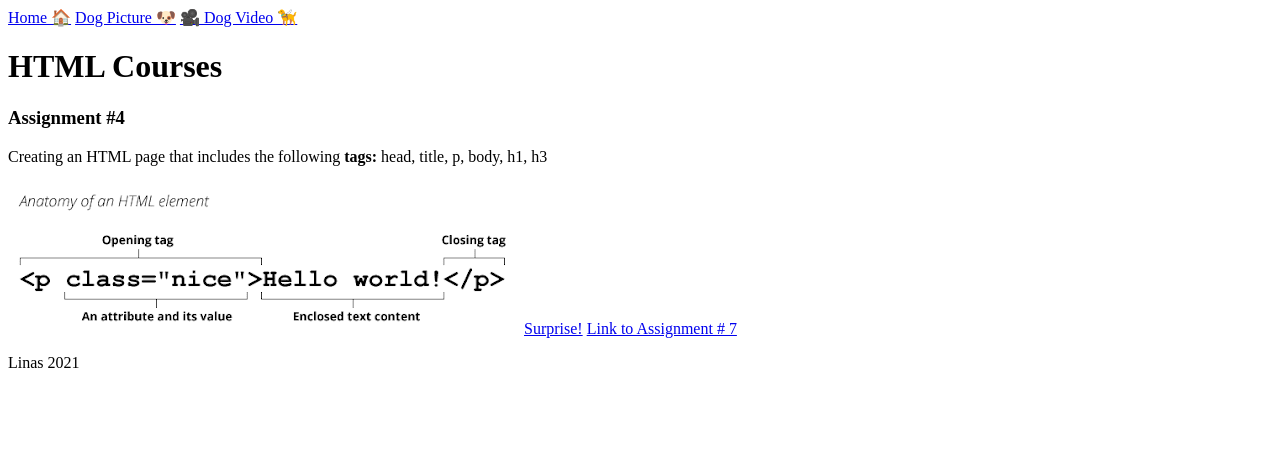
Repository: linas-dev/HTML-CSS-Projects
Page: Assignment.html
The author's editor kept a copy of each file at every save. The page is drawn from the files as they stood at one save, then again after the next save.
The browser window is 1280 px wide. The pictures show the whole page.

Above is the page before, as saved 2021-05-26 18:47:35.

### Assignment.html
<!DOCTYPE html>
<html lang="en">
<head>
    <meta charset="UTF-8">
    <meta http-equiv="X-UA-Compatible" content="IE=edge">
    <meta name="viewport" content="width=device-width, initial-scale=1.0">
    <title>Assignment # 4</title>
</head>
<body>
    <main>
        <nav>
            <a href="Assignment.html">Home 🏠</a>
            <a href="dog.html">Dog Picture 🐶</a>
            <a href="Dog_Video.html">🎥 Dog Video 🦮</a>
        </nav>
        <h1>HTML Courses </h1>
    </main>
        <h3>Assignment #4</h3>
        <p>Creating an HTML page that includes the following <strong>tags: </strong>
            head, title, p, body, h1, h3
        </p>
        <img src="1.png" alt="html elements">
        <a href="dog.html">Surprise!</a>
        <a href="https://my.pitman-training.com/courses/60930/pages/assignment-number-7?module_item_id=922946">Link to Assignment # 7</a>
    <footer>
        <p>Linas 2021</p>
    </footer>
</body>
</html>

After the next save:
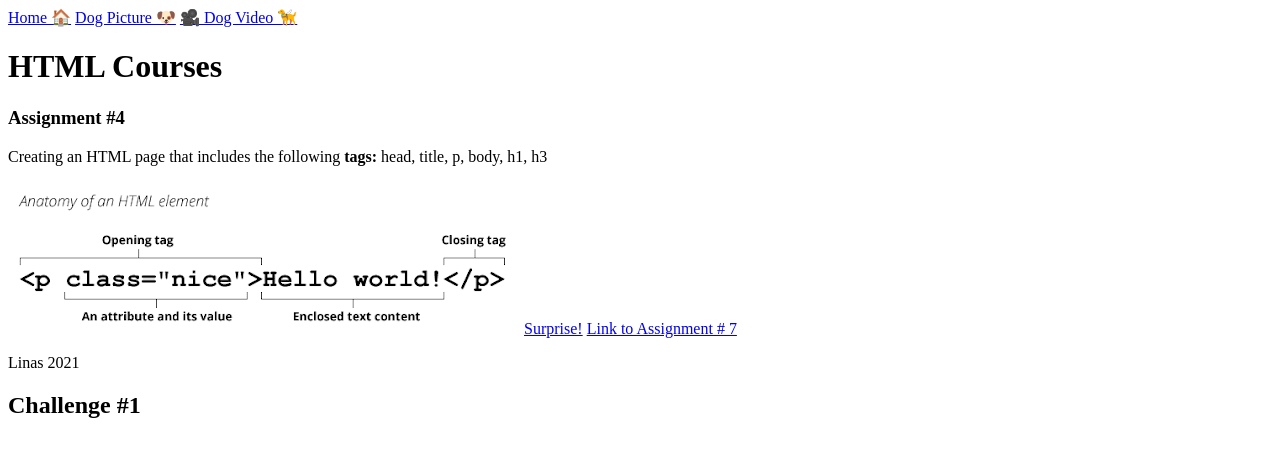
Saved 5 min 52 s later.
--- a/Assignment.html
+++ b/Assignment.html
@@ -25,5 +25,7 @@
     <footer>
         <p>Linas 2021</p>
     </footer>
+
+    <h2>Challenge #1</h2>
 </body>
 </html>
